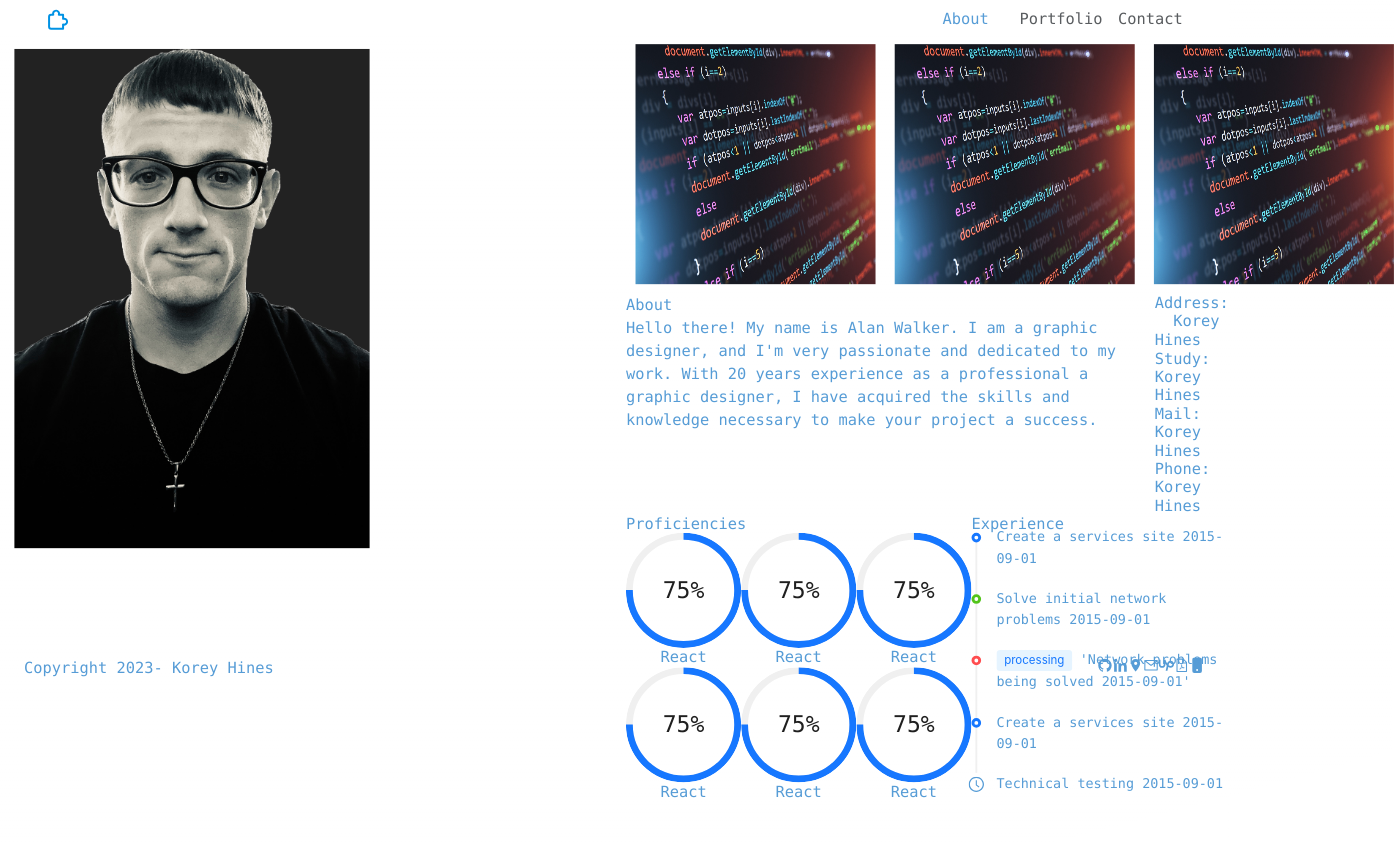
Repository: devkthines/next-portfolio-v2
Page: /about
An editor plug-in stored every save of this project. The page is shown before and after the next save, followed by the edit.
The browser window is 1280 px wide. The page is 1452 px wide, so the pictures cover 1452 px, including what lies to the right of the window. The pictures show the whole page, at 96% of full size.
The project was rebuilt for these pictures with package versions that can differ from the ones it lists, and the page was loaded fresh each time. The framework's server and built-in components were replaced by stand-ins that run in the browser. Also part of the build but not shown: next.config.js.

Above is the page before, as saved 2023-09-25 22:01:44.

### src/app/layout.tsx
import 'bootstrap/dist/css/bootstrap.css';
import './globals.css'
import '../../css/style.css'
import '../../css/mobile.css'
import type { Metadata } from 'next'
import { Inter } from 'next/font/google'
import TopNav from './components/topNav'
import Footer from './components/footer'
import BottomNav from './components/bottomNav'
// Put any other imports below so that CSS from your
// components takes precedence over default styles.
const inter = Inter({ subsets: ['latin'] })

export const metadata: Metadata = {
  title: "&lt;Korey ❤️ Coding/&gt;",
  description: 'Generated by create next app',
  icons: '/puzzle-piece.svg'
}

export default function RootLayout({
  children,
}: {
  children: React.ReactNode
}) {
  return (
    <html lang="en">
      <head>
        <link rel="shortcut icon" href="/puzzle-piece.svg" type="image/x-icon" />
      </head>
      <body className={inter.className}>
        <TopNav />
        {children}
        <Footer />
        <BottomNav />
      </body>
    </html>
  )
}

### src/app/about/page.js
'use client'
import Container from 'react-bootstrap/Container';
import Row from 'react-bootstrap/Row';
import Col from 'react-bootstrap/Col';
import Button from 'react-bootstrap/Button';
import Card from 'react-bootstrap/Card';
import { Progress, Space } from 'antd';
import { ClockCircleOutlined } from '@ant-design/icons';
import { Timeline } from 'antd';
import Image from 'next/image';
import { Descriptions } from 'antd';
import { Divider, Tag } from 'antd'
import { CaretRightOutlined } from '@ant-design/icons'
const items = [
  {
    key: '1',
    label: 'Name',
    children: 'Zhou Maomao',
  },
  {
    key: '2',
    label: 'Telephone',
    children: '209-366-9363',
  },
  {
    key: '3',
    label: 'Study',
    children: 'Software Engineering',
  },
  {
    key: '4',
    label: 'email',
    children: 'dev.kthines@gmail.com',
  },
  {
    key: '5',
    label: 'Address',
    children: 'Lodi, CA',
  },
];




export default function About() {

  return (
    <div id='about'>
      {/* <div> */}
      <Row>

        <Col id=''>
          <img variant="top" id='aboutImg' src='/images/IMG-update.jpg' /> </Col>
        <Col>
          <div>
            <div id='aboutImgs' className='d-flex'>
              <img className='aboutImgs' src="/images/webstorm-vs-vscode.jpeg" alt="" />
              <img className='aboutImgs' src="/images/webstorm-vs-vscode.jpeg" alt="" />
              <img className='aboutImgs' src="/images/webstorm-vs-vscode.jpeg" alt="" />
            </div>
            <div className='d-flex'>
              <div>
                <span className='spanabout'>About</span>
                <p>Hello there! My name is Alan Walker. I am
                  a graphic designer, and I'm very passionate and dedicated to my work.
                  With 20 years experience as a professional a graphic designer,
                  I have acquired the skills and knowledge necessary to make your project a success.</p>
              </div>
              <div>
                <h6>Address: &nbsp;  Korey Hines</h6>
                <h6>Study:  Korey Hines</h6>
                <h6>Mail:  Korey Hines</h6>
                <h6>Phone:  Korey Hines</h6>
              </div>
            </div>
            <div id='' className='d-flex'>
              <div>
                <h1>Proficiencies</h1>
                <div className='d-flex'>
                  <div className='text-center'><Progress strokeLinecap="butt" type="circle" percent={75} /><h6>React</h6></div>
                  <div className='text-center'><Progress strokeLinecap="butt" type="circle" percent={75} /><h6>React</h6></div>
                  <div className='text-center'><Progress strokeLinecap="butt" type="circle" percent={75} /><h6>React</h6></div>
                </div>
                <div className='d-flex'>
                  <div className='text-center'><Progress strokeLinecap="butt" type="circle" percent={75} /><h6>React</h6></div>
                  <div className='text-center'><Progress strokeLinecap="butt" type="circle" percent={75} /><h6>React</h6></div>
                  <div className='text-center'><Progress strokeLinecap="butt" type="circle" percent={75} /><h6>React</h6></div>
                </div>
              </div>
              <div>
                <h1>Experience</h1>
                <Timeline
                  // mode="alternate"
                  items={[
                    {
                      children: 'Create a services site 2015-09-01',
                    },
                    {
                      children: 'Solve initial network problems 2015-09-01',
                      color: 'green',
                    },
                    {
                      color: 'red',
                      children: <><Tag bordered={false} color="processing">
                        processing
                      </Tag>'Network problems being solved 2015-09-01'</>,
                    },
                    {
                      children: 'Create a services site 2015-09-01',
                    },
                    {
                      dot: <ClockCircleOutlined style={{ fontSize: '16px' }} />,
                      children: 'Technical testing 2015-09-01',
                    },
                  ]}
                />
              </div>
              <div>
                </div>
                </div>
           </div>
              </Col>


            </Row>

          </div>
          )
}

### css/style.css
* {
    box-sizing: border-box;
    margin: 0;
    padding: 0;
    font-family: Consolas, "Courier New", monospace;
    /* background-color: #222222; */
    color: #569cd6;

}

body {
    background-color: white;
}

.infoSection {
    /* width: 80vw; */
    height: 90vh;
    /* display: flex; */
    /* justify-content: center; */
    /* margin-bottom: 20vh; */
    background-color: #222222;
    border-bottom: 3px solid #569cd6;
}

#infoCol {
    display: flex;
    justify-content: center;
}

.aboutSection {
    /* width: 80vw; */
    padding-top: 100px;
    /* height: 70vh; */
    background: linear-gradient(#222222, rgb(24, 24, 24));
}

#portrait {
    width: 40vw;
    height: 80vh;
    /* border-radius: 0 0 2rem 2rem; */
}

#portraitCol {
    display: flex;
    justify-content: center;
}

#portrait:hover {
    transform: rotateX(180deg);
}

.imgTest {
    margin: 10px;
}

.imgTest:active {
    flex-grow: 10000;
    transform: scale(1);

    max-width: 600px;
    margin: 0px;
    border-radius: 40px;

    background-size: auto 100%;
}

.tab-content {
    height: 100% !important;
    margin-left: 25% !important;
}

/* .color-change{
    background-color: greenyellow;
} */
.noShow {
    display: none;
}

.buttonShow {
    display: block;
}

#tile1 {
    width: 700px;
    height: 500px;
}

#experience {
    padding-top: 50px;
    height: auto;
}

main {
    display: flex;
    flex-direction: column;
    justify-content: center;
    align-items: center;
}

.middle {
    transition: .5s ease;
    opacity: 0;
    position: absolute;
    top: 50%;
    left: 50%;
    transform: translate(-50%, -50%);
    -ms-transform: translate(-50%, -50%);
    text-align: center;
}

#imageTile1 {
    position: relative;
    width: 40vw;
    height: 70vh;
}

#tile1 {
    width: 100%;
    height: 100%;
}

#imageTile1:hover #tile1 {
    opacity: 0.3;
}

#imageTile1:hover .middle {
    opacity: 1;
}

.text {
    background-color: #04AA6D;
    color: white;
    font-size: 16px;
    padding: 16px 32px;
}

#no-expand {
    display: none;

}

#expandIt {
    display: block;
}

.no-Display {
    display: none;
}

.okToDisplay {
    display: block;
}

a.nav-link {
    color: #569cd6;
}


#topNav {
    background-color: white;
    display: none;
    /* position: fixed; */
    /* top: 0; */
    width: 100%;
    height: 5vh;
}

#footer {
    display: flex;
    justify-content: space-between;
    padding: 0 25px;
}

#bottomNav {
    display: flex;
    position: fixed;
    bottom: 0;
    width: 100%;
    background-color: white;
    font-size: 16px;
}
#about{
    /* margin-top: 10vh; */
    height: 90vh;
    /* overflow: hidden; */
}

#aboutImg{
    width: 400px;
    /* height: ; */
    padding: 15px 15px 30px;
}
#aboutcard{
    box-shadow: 0 4px 6px rgba(0, 0, 0, .3);
    /* height: fit-content; */
    /* width: 400px; */

}
.interests{
    width: 200px;
    height: 300px;
}
.interestImg{
    width: 200px;
    height: 200px;
}
#abtTop{
    height: 45vh;
}
#abtBtm{
    height: 45vh;
}
#abtLeft{
    /* width: 25vw; */
}
#abtRight{
    /* width: 75vw; */
}
.aboutImgs{
    width: 250px;
    height: 250px;
    margin: 10px;
}
#aboutImgs{

}
.spanabout ::after{
margin-left: 25px;
width: 5000px;
height: 1px;
background-color: #7d7789;
left: 100%;
top: 50%;
}

### css/mobile.css
@media screen and (min-width: 640px){

    /* background-color: green!important; */
    #portrait{
        width: 500px;
        height: 500px;
        /* border-radius: 0 0 2rem 2rem; */

    }

main{
    /* color: white!important; */
}
}
@media screen and (min-width: 768px){
#portraitCol{

    justify-content: start;
}
#infoCol{
    justify-content: end;
    /* text-align: end; */
}
}
@media screen and (min-width: 1024px){
    #portrait{
        width: 600px;
        height: 600px;
        /* border-radius: 0 0 2rem 2rem; */
    }
    #topNav{
        display:flex ;
    }
    #bottomNav{
        display: none;
    }
}
@media screen and (min-width: 1280px){

}
@media screen and (min-width: 1536px){

}

### src/app/components/topNav.js
'use client';
import Nav from 'react-bootstrap/Nav';
import Image from 'next/image';


export default function TopNav(){

    return(
        <header>
        {/* <Navbar id='topNav' className={`${color ? 'color-change' : ''}`} sticky='top' expand="lg" > */}

        <Nav id='topNav' variant="underline" defaultActiveKey="/home" className='d-flex justify-content-between'>
       <div className='ms-5'><Nav.Item>
          <Nav.Link href="/"><Image width={25} height={25} id='navbrand' src="/puzzle-piece.svg" alt="" /></Nav.Link>
        </Nav.Item></div>
        <div className='d-flex me-5'><Nav.Item className='px-3'>
          <Nav.Link href="/about">About</Nav.Link>
        </Nav.Item>
        <Nav.Item className='px-3'>
          <Nav.Link eventKey="disabled" disabled>
            Portfolio
          </Nav.Link>
        </Nav.Item>
        <Nav.Item>
          <Nav.Link eventKey="disabled" disabled>
            Contact
          </Nav.Link>
        </Nav.Item>
        </div>
      </Nav>
      </header>
    )
} ;

### src/app/components/footer.js
'use client'

import OverlayTrigger from 'react-bootstrap/OverlayTrigger';
import Card from 'react-bootstrap/Card';
import { AiFillGithub } from 'react-icons/ai';
import { GrLinkedinOption } from 'react-icons/gr';
import { MdVolunteerActivism } from 'react-icons/md';
import { IoLogoCss3 } from 'react-icons/io';
import { IoLogoJavascript } from 'react-icons/io';
import { CgGym } from 'react-icons/cg';
import { AiOutlineMail } from 'react-icons/ai';
import { AiOutlineFilePdf } from 'react-icons/ai';
import { BsFillPhoneFill } from 'react-icons/bs';
import { MdLocationOn } from 'react-icons/md';
import { SiUpwork } from 'react-icons/si';
// import PicOfMe from '/images/image_67220481.JPG'
import Container from 'react-bootstrap/Container';
import Row from 'react-bootstrap/Row';
import Col from 'react-bootstrap/Col';
import { useEffect } from 'react';
import Tooltip from 'react-bootstrap/Tooltip';
import $ from 'jquery'

 export default function Footer(){
    const btnName = {
        'gitHub': {
          'id': 1,
          "placement": "bottom",
          "info": "gitHub",
          "icon": <a href="https://github.com/devkthines" target='_blank'>
            <button className='quickLinks'><AiFillGithub /></button></a>
        },
        'linkedIn': {
          'id': 2,
          "placement": "bottom",
          "info": "linkedIn",
          "icon": <a href="https://www.linkedin.com/in/korey-hines-17b0a9263" target='_blank'><button className='quickLinks'><GrLinkedinOption />
          </button></a>
        },
        'gMaps': {
          'id': 3,
          "placement": "bottom",
          "info": "gMaps",
          "icon": <a href="https://goo.gl/maps/BovFkBEjUMQ6VBob9" target='_blank'>
            <button className='quickLinks'><MdLocationOn /></button></a>
        },
        'gMail': {
          'id': 4,
          "placement": "bottom",
          "info": "gMail",
          "icon": <a href="mailto:dev.kthines@gmail.com"><button className='quickLinks'><AiOutlineMail /></button></a>
        },
        'upWork': {
          'id': 5,
          "placement": "bottom",
          "info": "upWork",
          "icon": <a href="https://www.upwork.com/freelancers/~01ae4feb16c6fa7213?viewMode=1" target='_blank'>
            <button className='quickLinks'><SiUpwork /></button></a>
        },
        'redPDF': {
          'id': 6,
          "placement": "bottom",
          "info": "resume",
          "icon": <a className='aLink' target="_blank" href="/files/hinesResume.pdf">
            <button className='quickLinks'><AiOutlineFilePdf /></button></a>
        },
        'phone': {
          'id': 7,
          "placement": "bottom",
          "info": "phone",
          "icon": <a href="tel:2093669363" >  <button className='quickLinks'><BsFillPhoneFill /></button></a>
        }
      }
    return(
        <>
        <footer id='footer'><p>Copyright 2023- Korey Hines</p>
       <div> {Object.entries(btnName).map(([k, v]) => (
                <div className='d-inline-block' key={v.id}>
                  <OverlayTrigger
                    trigger="hover"
                    key={v.id}
                    placement={v.placement}
                    overlay={

                      <Tooltip id={`tooltip-${v.placement}`}>
                        {v.info}
                      </Tooltip>
                    }
                  >
                    {v.icon}
                  </OverlayTrigger>
                </div>))}
</div>
        </footer>
        </>
    )
 }

### src/app/components/bottomNav.js
'use client'
import Nav from 'react-bootstrap/Nav';
import Image from 'next/image';
export default function BottomNav(){

    return(
        <>
        <Nav id='bottomNav' className="justify-content-center" activeKey="/home">
        <Nav.Item>
          <Nav.Link href="/"><Image width={25} height={25} id='navbrand' src="/puzzle-piece.svg" alt="" /></Nav.Link>
        </Nav.Item>
        <Nav.Item>
          <Nav.Link eventKey="link-1">About</Nav.Link>
        </Nav.Item>
        <Nav.Item>
          <Nav.Link eventKey="link-2">Portfolio</Nav.Link>
        </Nav.Item>
        <Nav.Item>
          <Nav.Link eventKey="disabled" disabled>
            Contact
          </Nav.Link>
        </Nav.Item>
      </Nav>
        </>
    )
}

Loaded but not shown: src/app/globals.css (common file); tailwind.config.ts (common file)

After the next save:
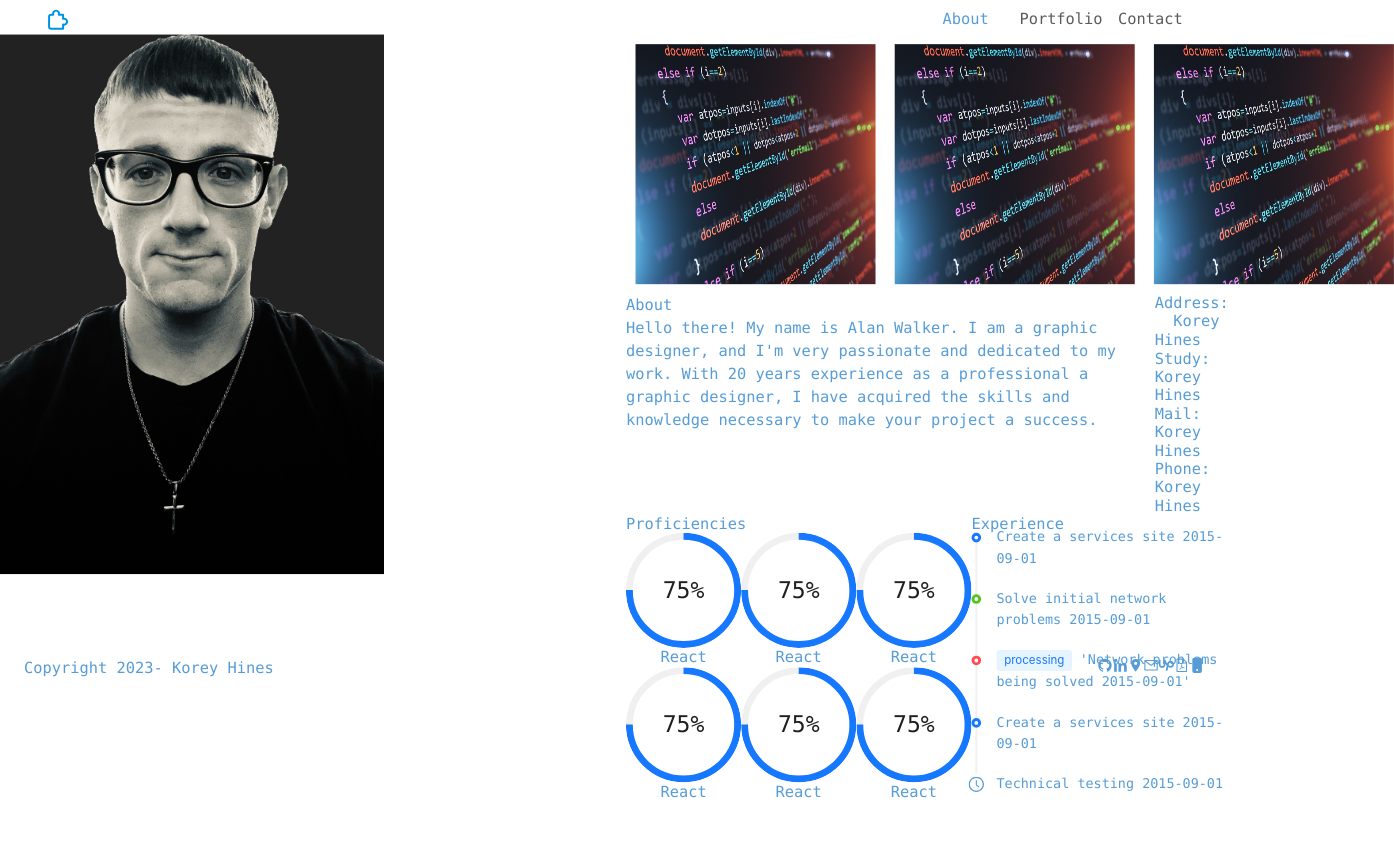
Saved 23 s later.
--- a/css/style.css
+++ b/css/style.css
@@ -188,7 +188,7 @@ a.nav-link {
 #aboutImg{
     width: 400px;
     /* height: ; */
-    padding: 15px 15px 30px;
+    /* padding: 15px 15px 30px; */
 }
 #aboutcard{
     box-shadow: 0 4px 6px rgba(0, 0, 0, .3);
